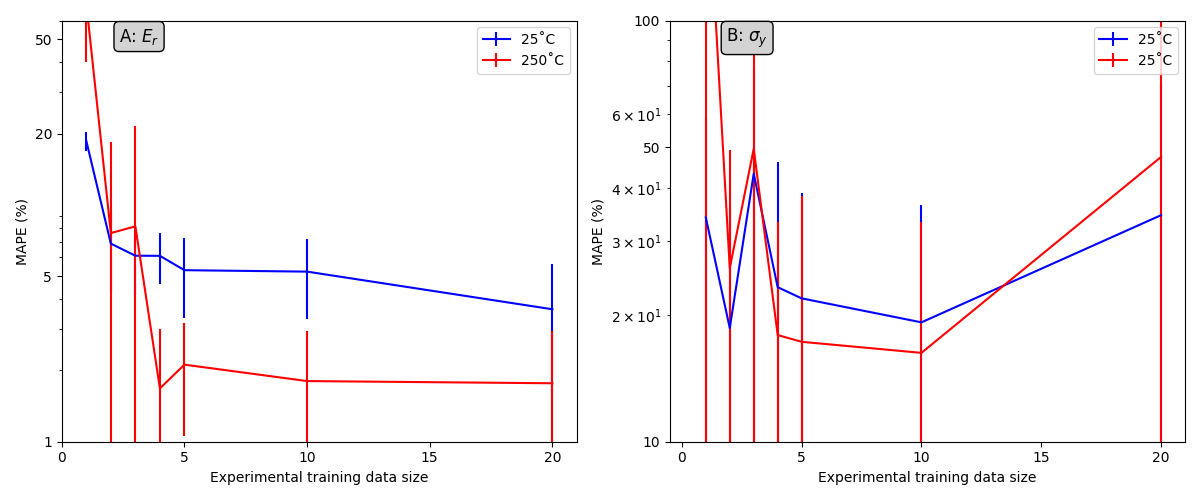
Repository: JoeSpencer1/temperature-dependant
Script's output: python src/figures.py
These files come from the project's save history. The script's output is drawn as it stood at one moment and after the next save; the edit follows.
Random numbers start from a fixed seed.

Above is the script's output before, as saved 2023-10-29 11:44:26.

### src/figures.py
import numpy as np
import matplotlib.pyplot as plt

n = [1, 2, 3, 4, 5, 10, 20]
n1 = n
# 25˚C
Ti25E = [18.619205, 6.8593493, 6.0983825, 6.091887, 5.298505, 5.2244196, 3.6239312]
εTi25E = [1.6743975, 2.5646875, 1.9379541, 1.4813129, 1.9537387, 1.9212662, 2.01604]
Ti25σ = [34.068943, 18.617916, 43.272, 23.271488, 21.895184, 19.204937, 34.49958]
εTi25σ = [24.325975, 18.127224, 33.714092, 22.803173, 17.10482, 17.321714, 36.6192]
# 250˚C
Ti250E = [70.95709, 7.5985556, 8.114405, 1.6784289, 2.1151547, 1.8030748, 1.7651669]
εTi250E = [31.052818, 10.786752, 13.492649, 1.3040054, 1.0622171, 1.1414853, 1.182222]
Ti250σ = [261.21823, 25.825928, 49.60928, 17.916042, 17.266216, 16.254345, 47.430775]
εTi250σ = [270.2345, 23.495884, 65.91791, 15.266485, 21.114838, 16.953184, 59.20635]

fig, (ax1, ax2) = plt.subplots(1, 2, figsize=(12, 5))
ax1.errorbar(n, Ti25E, yerr = εTi25E, color = 'blue', label = "25˚C")
ax1.errorbar(n, Ti250E, yerr = εTi250E, color = 'red', label = "250˚C")
ax1.set_yscale('log')
ax1.set_ylim([1, 60])
ax1.set_xlim([0, 21])
ax1.set_xticks([0, 5, 10, 15, 20])
ax1.set_yticks([1, 5, 20, 50])
ax1.set_yticklabels([1, 5, 20, 50])
ax1.legend()
ax1.set_ylabel("MAPE (%)")
ax1.set_xlabel("Experimental training data size")
ax1.annotate("A: $E_{r}$", xy=(0.15, 0.95), xycoords="axes fraction",
              fontsize=12, ha="center",
              bbox=dict(boxstyle="round,pad=0.3", edgecolor="black", facecolor="lightgray"))

ax2.errorbar(n1, Ti25σ, yerr = εTi25σ, color = 'blue', label = "25˚C")
ax2.errorbar(n1, Ti250σ, yerr = εTi250σ, color = 'red', label = "25˚C")
ax2.set_yscale('log')
ax2.set_ylim([10, 100])
ax2.set_xlim([-0.5, 21])
ax2.set_xticks([0, 5, 10, 15, 20])
ax2.set_yticks([10, 50, 100])
ax2.set_yticklabels([10, 50, 100])
ax2.legend()
ax2.set_ylabel("MAPE (%)")
ax2.set_xlabel("Experimental training data size")
plt.subplots_adjust(bottom=0.180)
fig.tight_layout()
ax2.annotate("B: $\sigma_{y}$", xy=(0.15, 0.95), xycoords="axes fraction",
              fontsize=12, ha="center",
              bbox=dict(boxstyle="round,pad=0.3", edgecolor="black", facecolor="lightgray"))
plt.savefig("/Users/Joe/Desktop/figure1.jpeg", dpi=800, bbox_inches="tight")
plt.show()

After the next save:
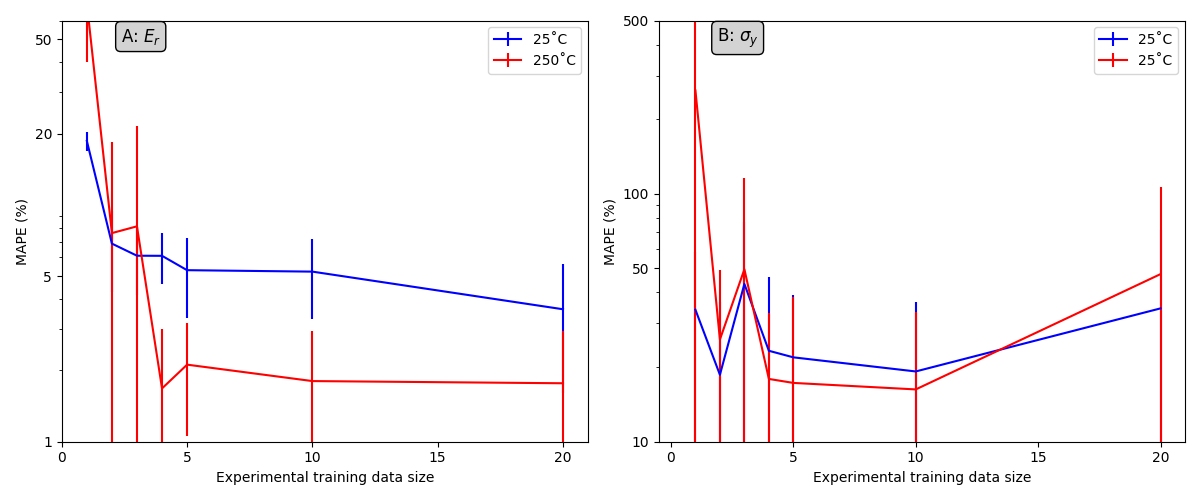
Saved 108 s later.
--- a/src/figures.py
+++ b/src/figures.py
@@ -33,11 +33,11 @@ ax1.annotate("A: $E_{r}$", xy=(0.15, 0.95), xycoords="axes fraction",
 ax2.errorbar(n1, Ti25σ, yerr = εTi25σ, color = 'blue', label = "25˚C")
 ax2.errorbar(n1, Ti250σ, yerr = εTi250σ, color = 'red', label = "25˚C")
 ax2.set_yscale('log')
-ax2.set_ylim([10, 100])
+ax2.set_ylim([10, 500])
 ax2.set_xlim([-0.5, 21])
 ax2.set_xticks([0, 5, 10, 15, 20])
-ax2.set_yticks([10, 50, 100])
-ax2.set_yticklabels([10, 50, 100])
+ax2.set_yticks([10, 50, 100, 500])
+ax2.set_yticklabels([10, 50, 100, 500])
 ax2.legend()
 ax2.set_ylabel("MAPE (%)")
 ax2.set_xlabel("Experimental training data size")
